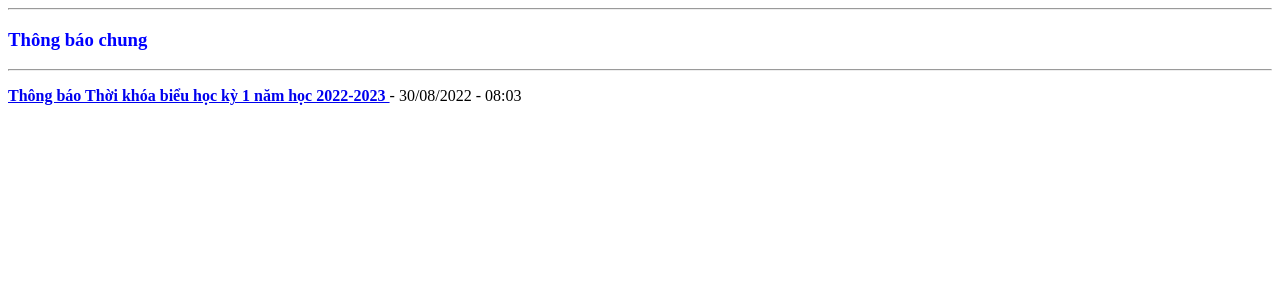
Repository: HoangDuy315/web-dev2022
Page: ex3.html
An editor plug-in stored every save of this project. The page is shown before and after the next save, followed by the edit.
The browser window is 1280 px wide. The pictures show the whole page.

Above is the page before, as saved 2022-09-22 15:40:54.

### ex3.html
<html lang="en">
<head>
    <meta charset="UTF-8">
    <meta http-equiv="X-UA-Compatible" content="IE=edge">
    <meta name="viewport" content="width=device-width, initial-scale=1.0">
    <link rel="stylesheet" href="./ex3.css">
    <title>Document</title>
</head>
<body>
    <hr >
        <h3 class="thongbao">Thông báo chung</h3>
    </hr>
    <hr>
        <!-- <ul  class="tinnhan">
            <li>Thông báo Thời khóa biểu học kỳ 1 năm học 2022-2023 - 30/08/2022 - 08:03</li>
            <li>Lễ tốt nghiệp và trao bằng Kỹ sư, Cử nhân đợt tháng 9/2022 - 22/09/2022 - 09:37</li>
            <li>Thông báo chiêu sinh khóa luyện thi TOEIC Nghe Đọc và Nói Viết - 20/09/2022 - 10:42</li>
            <li>Thông báo về việc xảy ra lỗi moodle môn học trong học kỳ 1 năm học 2022-2023 - 05/09/2022 - 11:17</li>
            <li>Thông báo thông tin Seminar chung về Trí tuệ Nhân tạo và Khoa học Dữ liệu - 10/08/2022 - 15:11</li>
            <li>Thông báo thu học phí học kỳ I năm học 2022-2023 trình độ Đại học chính quy - 09/08/2022 - 15:43</li>
            <li>Thông báo lịch thi các môn anh văn cuối kỳ học kỳ hè năm học 2021-2022 - 04/08/2022 - 10:28</li>
            <li>Thông báo về việc công nhận môn Khởi nghiệp kinh doanh là môn tự chọn tự do cho tất cả các ngành đào tạo đại học chính quy - 01/08/2022 - 14:08</li>
            <li>Thông báo thời gian nộp đơn chuyển ngành, bảo lưu, nhập học lại Học kỳ 1 năm học 2022-2023 - 14/07/2022 - 15:02</li>
            <li>Cập nhật kết quả xét miễn anh văn - Thông báo về việc nhận đơn xét miễn các môn anh văn 1, 2 và 3 trong học kỳ 1 năm học 2022-2023 cho sinh viên chính quy chương trình đào tạo đại trà - 13/07/2022 - 14:46</li>
        </ul> -->
        <p>
            <strong>
            <a href="https://student.uit.edu.vn/thongbao/thong-bao-thoi-khoa-bieu-hoc-ky-1-nam-hoc-2022-2023">Thông báo Thời khóa biểu học kỳ 1 năm học 2022-2023 </a></a>
            </strong>  - 30/08/2022 - 08:03</p>
        <p>
    </hr>

</body>
</html>

### ex3.css
.thongbao {
    color: blue;
}

.tinnhan {
    color: rgb(7, 125, 204);
}

After the next save:
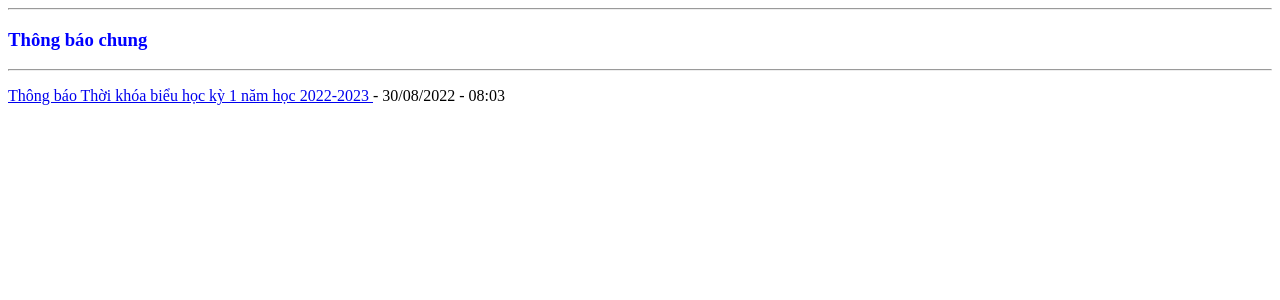
Saved 32 s later.
--- a/ex3.html
+++ b/ex3.html
@@ -24,9 +24,9 @@
             <li>Cập nhật kết quả xét miễn anh văn - Thông báo về việc nhận đơn xét miễn các môn anh văn 1, 2 và 3 trong học kỳ 1 năm học 2022-2023 cho sinh viên chính quy chương trình đào tạo đại trà - 13/07/2022 - 14:46</li>
         </ul> -->
         <p>
-            <strong>
+
             <a href="https://student.uit.edu.vn/thongbao/thong-bao-thoi-khoa-bieu-hoc-ky-1-nam-hoc-2022-2023">Thông báo Thời khóa biểu học kỳ 1 năm học 2022-2023 </a></a>
-            </strong>  - 30/08/2022 - 08:03</p>
+            - 30/08/2022 - 08:03</p>
         <p>
     </hr>
 
